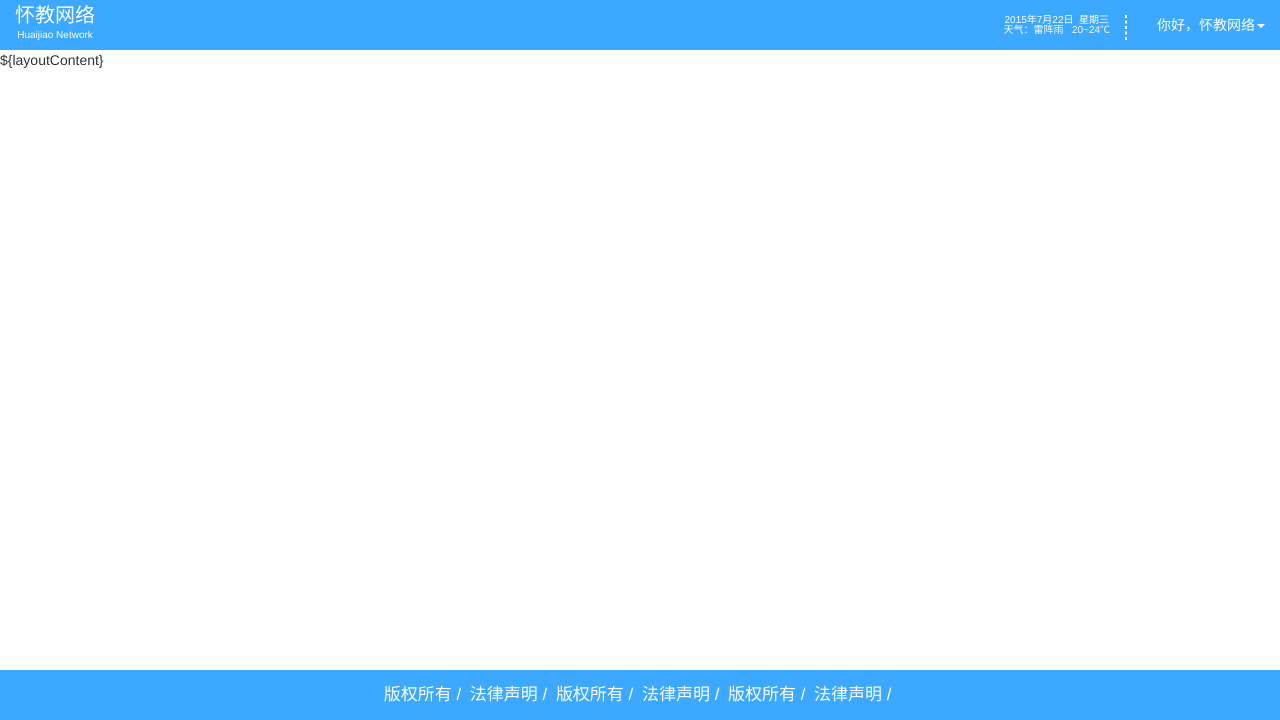
Repository: GaoChengliang/summerTask
Page: Campus_gcl/WebRoot/common/_layout.html
The author's editor kept a copy of each file at every save. The page is drawn from the files as they stood at one save, then again after the next save.
The browser window is 1280 px wide. The pictures show the whole page.

Above is the page before, as saved 2015-09-09 01:56:38.

### Campus_gcl/WebRoot/common/_layout.html
<!DOCTYPE HTML>
<html lang="zh-CN">
<head>
<meta http-equiv="content-type" content="text/html; charset=UTF-8" />
<meta http-equiv="X-UA-Compatible" content="IE=edge">
<meta name="viewport" content="width=device-width, initial-scale=1.0" />
<title>${title}</title>
<link rel="stylesheet" href="//cdn.bootcss.com/bootstrap/3.3.5/css/bootstrap.min.css">
<!--  <link href="/css/bootstrap.min.css" rel="stylesheet" />  -->
<link href="/css/index/index.css" rel="stylesheet" />
<link href="/css/tabs/jquery-ui.css" rel="stylesheet" />
<link href="/css/tabs/tab.css" rel="stylesheet" />
<link href="/css/sider/styles.css" rel="stylesheet" type="text/css">
<script src="/js/jquery-2.1.4.min.js"></script>
<script src="/js/jquery-ui.js"></script>
<script src="/js/jquery.iframeTabs.js"></script>
<script src="/js/bootstrap.min.js"></script>
<script src="/js/sider/jquery.velocity.min.js"></script>
<script src="/js/sider/mtree.js"></script>
</head>
<body>
	<nav class="navbar navbar-fixed-top">
		<div class="container-fluid" style="background: #3DA8FF;">
			<div class="navbar-header">
				<div class="font-style-big">怀教网络</div>
				<div class="font-style-small">Huaijiao Network</div>
			</div>
			<div id="navbar" class="navbar-collapse collapse">
				<div class="nav navbar-nav navbar-right">
					<div class="navbar-brand">
						<div
							style="width: 0.5px; border: 1px dashed white; float: left; height: 25px;"></div>
					</div>
					<li class="dropdown"><a href="#" class="dropdown-toggle drop"
						data-toggle="dropdown"  aria-haspopup="true"
						aria-expanded="false">你好，怀教网络<span class="caret"></span></a>
						<ul class="dropdown-menu">
							<li><a href="#"><span class="glyphicon glyphicon-user" aria-hidden="true"></span>&nbsp;更换皮肤</a></li>
							<li><a href="#"><span class="glyphicon glyphicon-cog" aria-hidden="true"></span>&nbsp;设置</a></li>
							<li><a href="#"><span class="glyphicon glyphicon-remove-circle" aria-hidden="true"></span>&nbsp;退出</a></li>
						</ul></li>
				</div>
				<div class="nav navbar-nav navbar-right">
					<div class="navbar-brand">
						<div class="font-style-small">2015年7月22日&nbsp&nbsp星期三</div>
						<div class="font-style-small">天气：雷阵雨&nbsp&nbsp&nbsp20~24℃</div>
					</div>
				</div>
			</div>
		</div>
	</nav>
	${layoutContent}
	<nav class="navbar navbar-fixed-bottom">
		<div class="container-fluid" style="background: #3DA8FF; height:50px; text-align:center">
				<a class="font-style-footer" href="#">版权所有&nbsp/&nbsp</a>
				<a class="font-style-footer" href="#">法律声明&nbsp/&nbsp</a>
				<a class="font-style-footer" href="#">版权所有&nbsp/&nbsp</a>
				<a class="font-style-footer" href="#">法律声明&nbsp/&nbsp</a>
				<a class="font-style-footer" href="#">版权所有&nbsp/&nbsp</a>
				<a class="font-style-footer" href="#">法律声明&nbsp/&nbsp</a>
		</div>
	</nav>

</body>
</html>

### Campus_gcl/WebRoot/css/index/index.css
.drop:link {
	color: #fff;
	TEXT-DECORATION: none
}

.drop:visited {
	color: #fff;
	TEXT-DECORATION: none
}

.drop:hover {
	color: #3DA8FF;
	text-decoration: underline;
}

.drop:active {
	color: #3DA8FF;
	text-decoration: underline;
}

/* Move down content because we have a fixed navbar that is 50px tall */
body {
	padding-top: 50px;
	padding-bottom: 0px;
}

/*
 * Main content
 */
.main {
	padding: 20px;
}

@media ( min-width : 768px) {
	.main {
		padding-right: 40px;
		padding-left: 40px;
	}
}

.body-main {
	padding-top: 50px;
	padding-bottom: 20px;
	padding-left: 20px;
	padding-right: 20px;
}

.sub-header {
	padding-top: 15px;
	padding-bottom: 10px;
	border-bottom: 1px solid #eee;
}

.sub-body {
	padding-top: 10px;
	padding-bottom: 10px;
}

/*
 * Top navigation
 * Hide default border to remove 1px line.
 */
.navbar-fixed-top {
	border: 0;
}

.navbar-fixed-bottom {
	border: 0;
}

/*
 * Sidebar
 */
.sidebar {
	display: none;
}

@media ( min-width : 768px) {
	.sidebar {
		position: fixed;
		top: 60px;
		bottom: 0;
		left: 0;
		z-index: 1000;
		display: block;
		padding: 20px;
		overflow-x: hidden;
		overflow-y: auto;
		background-color: #f5f5f5;
		border-right: 1px solid #eee;
	}
}

@media ( min-width : 768px) {
	.sidebar-2 {
		position: fixed;
		top: 70px;
		bottom: 66px;
		left: 0;
		z-index: 1000;
		display: block;
		padding: 20px;
		overflow-x: hidden;
		overflow-y: auto;
		background-color: #f5f5f5;
		border-right: 1px solid #eee;
	}
}

/* Sidebar navigation */
.nav-sidebar {
	margin-right: -21px; /* 20px padding + 1px border */
	margin-bottom: 20px;
	margin-left: -20px;
}

.nav-sidebar>li>a {
	padding-right: 20px;
	padding-left: 20px;
}

.nav-sidebar>.active>a, .nav-sidebar>.active>a:hover, .nav-sidebar>.active>a:focus
	{
	color: #fff;
	background-color: #428bca;
}

.font-style-big {
	font-size: 20px;
	text-align: center;
	line-height: 150%;
	color: #FFF;
	font-family: "SimHei";
}

.font-style-mid {
	font-size: 12px;
	text-align: center;
	line-height: 150%;
	color: #FFF;
	font-family: "SimHei";
}

.font-style-small {
	font-size: 10px;
	text-align: center;
	line-height: 100%;
	color: #FFF;
}

.font-style-tiny {
	font-size: 8px;
	text-align: center;
	line-height: 100%;
	color: #FFF;
}

.font-style-background-blue {
	background: #3DA8FF;
	font-size: 15px;
	text-align: center;
	line-height: 200%;
	color: #FFF;
	font-family: "SimHei";
}

.font-style-li {
	font-size: 12px;
	text-align: center;
	line-height: 100%;
}

.font-style-footer {
	font-size: 17px;
	line-height: 50px;
	color: #FFF;
}

/*
 * block
 */
.bg-black {
	background: #000000 !important;
}

.bg-white {
	background: #ffffff !important;
}

.bg-lime {
	background: #a4c400 !important;
}

.bg-green {
	background: #60a917 !important;
}

.bg-emerald {
	background: #008a00 !important;
}

.bg-teal {
	background: #00aba9 !important;
}

.bg-cyan {
	background: #1ba1e2 !important;
}

.bg-cobalt {
	background: #0050ef !important;
}

.bg-indigo {
	background: #6a00ff !important;
}

.bg-violet {
	background: #aa00ff !important;
}

.bg-pink {
	background: #dc4fad !important;
}

.bg-magenta {
	background: #d80073 !important;
}

.bg-crimson {
	background: #a20025 !important;
}

.bg-red {
	background: #ce352c !important;
}

.bg-orange {
	background: #fa6800 !important;
}

.bg-amber {
	background: #f0a30a !important;
}

.bg-yellow {
	background: #e3c800 !important;
}

.bg-brown {
	background: #825a2c !important;
}

.bg-olive {
	background: #6d8764 !important;
}

.bg-steel {
	background: #647687 !important;
}

.bg-mauve {
	background: #76608a !important;
}

.bg-taupe {
	background: #87794e !important;
}

.bg-gray {
	background: #555555 !important;
}

.bg-dark {
	background: #333333 !important;
}

.bg-darker {
	background: #222222 !important;
}

.bg-transparent {
	background: transparent !important;
}

.bg-darkBrown {
	background: #63362f !important;
}

.bg-darkCrimson {
	background: #640024 !important;
}

.bg-darkMagenta {
	background: #81003c !important;
}

.bg-darkIndigo {
	background: #4b0096 !important;
}

.bg-darkCyan {
	background: #1b6eae !important;
}

.bg-darkCobalt {
	background: #00356a !important;
}

.bg-darkTeal {
	background: #004050 !important;
}

.bg-darkEmerald {
	background: #003e00 !important;
}

.bg-darkGreen {
	background: #128023 !important;
}

.bg-darkOrange {
	background: #bf5a15 !important;
}

.bg-darkRed {
	background: #9a1616 !important;
}

.bg-darkPink {
	background: #9a165a !important;
}

.bg-darkViolet {
	background: #57169a !important;
}

.bg-darkBlue {
	background: #16499a !important;
}

.bg-lightBlue {
	background: #4390df !important;
}

.bg-lightRed {
	background: #da5a53 !important;
}

.bg-lightGreen {
	background: #7ad61d !important;
}

.bg-lighterBlue {
	background: #00ccff !important;
}

.bg-lightTeal {
	background: #45fffd !important;
}

.bg-lightOlive {
	background: #78aa1c !important;
}

.bg-lightOrange {
	background: #c29008 !important;
}

.bg-lightPink {
	background: #f472d0 !important;
}

.bg-grayDark {
	background: #333333 !important;
}

.bg-grayDarker {
	background: #222222 !important;
}

.bg-grayLight {
	background: #999999 !important;
}

.bg-grayLighter {
	background: #eeeeee !important;
}

.bg-blue {
	background: #00aff0 !important;
}

.fg-black {
	color: #000000 !important;
}

.fg-white {
	color: #ffffff !important;
}

.fg-lime {
	color: #a4c400 !important;
}

.fg-green {
	color: #60a917 !important;
}

.fg-emerald {
	color: #008a00 !important;
}

.fg-teal {
	color: #00aba9 !important;
}

.fg-cyan {
	color: #1ba1e2 !important;
}

.fg-cobalt {
	color: #0050ef !important;
}

.fg-indigo {
	color: #6a00ff !important;
}

.fg-violet {
	color: #aa00ff !important;
}

.fg-pink {
	color: #dc4fad !important;
}

.fg-magenta {
	color: #d80073 !important;
}

.fg-crimson {
	color: #a20025 !important;
}

.fg-red {
	color: #ce352c !important;
}

.fg-orange {
	color: #fa6800 !important;
}

.fg-amber {
	color: #f0a30a !important;
}

.fg-yellow {
	color: #e3c800 !important;
}

.fg-brown {
	color: #825a2c !important;
}

.fg-olive {
	color: #6d8764 !important;
}

.fg-steel {
	color: #647687 !important;
}

.fg-mauve {
	color: #76608a !important;
}

.fg-taupe {
	color: #87794e !important;
}

.fg-gray {
	color: #555555 !important;
}

.fg-dark {
	color: #333333 !important;
}

.fg-darker {
	color: #222222 !important;
}

.fg-transparent {
	color: transparent !important;
}

.fg-darkBrown {
	color: #63362f !important;
}

.fg-darkCrimson {
	color: #640024 !important;
}

.fg-darkMagenta {
	color: #81003c !important;
}

.fg-darkIndigo {
	color: #4b0096 !important;
}

.fg-darkCyan {
	color: #1b6eae !important;
}

.fg-darkCobalt {
	color: #00356a !important;
}

.fg-darkTeal {
	color: #004050 !important;
}

.fg-darkEmerald {
	color: #003e00 !important;
}

.fg-darkGreen {
	color: #128023 !important;
}

.fg-darkOrange {
	color: #bf5a15 !important;
}

.fg-darkRed {
	color: #9a1616 !important;
}

.fg-darkPink {
	color: #9a165a !important;
}

.fg-darkViolet {
	color: #57169a !important;
}

.fg-darkBlue {
	color: #16499a !important;
}

.fg-lightBlue {
	color: #4390df !important;
}

.fg-lighterBlue {
	color: #00ccff !important;
}

.fg-lightTeal {
	color: #45fffd !important;
}

.fg-lightOlive {
	color: #78aa1c !important;
}

.fg-lightOrange {
	color: #c29008 !important;
}

.fg-lightPink {
	color: #f472d0 !important;
}

.fg-lightRed {
	color: #da5a53 !important;
}

.fg-lightGreen {
	color: #7ad61d !important;
}

.fg-grayDark {
	color: #333333 !important;
}

.fg-grayDarker {
	color: #222222 !important;
}

.fg-grayLight {
	color: #999999 !important;
}

.fg-grayLighter {
	color: #eeeeee !important;
}

.fg-blue {
	color: #00aff0 !important;
}

.tile-square {
	width: 150px;
	height: 150px;
	display: block;
	float: left;
	margin: 60px;
	background-color: #eeeeee;
	box-shadow: inset 0 0 1px #FFFFCC;
	cursor: pointer;
	position: relative;
	overflow: hidden;
	-webkit-user-select: none;
	-moz-user-select: none;
	-ms-user-select: none;
	user-select: none;
	overflow: visible;
}

.tile-square:hover {
	outline: #999999 solid 3px;
}

.tile-square:active {
	outline: 0;
}

.tile-square.no-outline {
	outline-color: transparent;
}

.tile-square.small-tile {
	width: 70px;
	height: 70px;
}

.tile-square.wide-tile {
	width: 310px;
	height: 150px;
}

.tile-square.wide-tile-v {
	height: 310px;
	width: 150px;
}

.tile-square.large-tile {
	width: 310px;
	height: 310px;
}

.tile-square.big-tile {
	width: 470px;
	height: 470px;
}

.tile-square.super-tile {
	width: 630px;
	height: 630px;
}

.tile-square .tile-content.flipVertical {
	-webkit-transform: perspective(1000px);
	transform: perspective(1000px);
	overflow: visible;
}

.tile-square:hover .tile-content.flipVertical, .tile-square.hover .tile-content.flipVertical,
	.tile-square.flip .tile-content.flipVertical {
	-webkit-transform: rotateY(180deg);
	transform: rotateY(180deg);
}

.tile-square .tile-content.flipVertical {
	-webkit-transform-style: preserve-3d;
	transform-style: preserve-3d;
	transition: all 0.6s ease;
}

.tile-square .tile-content.flipVertical .slide, .tile-square .tile-content.flipVertical .slide-over
	{
	top: 0;
	left: 0;
	position: absolute;
	height: 100%;
	width: 100%;
	-webkit-backface-visibility: hidden;
	backface-visibility: hidden;
}

.tile-square .tile-content.flipVertical .slide {
	z-index: 2;
	-webkit-transform: rotateY(0deg);
	transform: rotateY(0deg);
}

.tile-square .tile-content.flipVertical .slide-over {
	-webkit-transform: rotateY(180deg);
	transform: rotateY(180deg);
}

.tile-square .tile-content.flipHorizontal {
	-webkit-transform: perspective(1000px);
	transform: perspective(1000px);
	overflow: visible;
}

.tile-square:hover .tile-content.flipHorizontal, .tile-square.hover .tile-content.flipHorizontal,
	.tile-square.flip .tile-content.flipHorizontal {
	-webkit-transform: rotateX(180deg);
	transform: rotateX(180deg);
}

.tile-square .tile-content.flipHorizontal {
	-webkit-transform-style: preserve-3d;
	transform-style: preserve-3d;
	transition: all 0.6s ease;
}

.tile-square .tile-content.flipHorizontal .slide, .tile-square .tile-content.flipHorizontal .slide-over
	{
	top: 0;
	left: 0;
	position: absolute;
	height: 100%;
	width: 100%;
	-webkit-backface-visibility: hidden;
	backface-visibility: hidden;
}

.tile-square .tile-content.flipHorizontal .slide {
	z-index: 2;
	-webkit-transform: rotateX(0deg);
	transform: rotateX(0deg);
}

.tile-square .tile-content.flipHorizontal .slide-over {
	-webkit-transform: rotateX(180deg);
	transform: rotateX(180deg);
}

.tile-square .tile-badge {
	position: absolute;
	bottom: 0;
	right: .625rem;
	padding: .25rem .625rem;
	z-index: 999;
}

.tile-square .tile-label {
	position: absolute;
	bottom: 0;
	left: .625rem;
	padding: .425rem .25rem;
	z-index: 999;
}

.tile-content {
	position: absolute;
	top: 0;
	left: 0;
	width: 100%;
	height: inherit;
	overflow: hidden;
	display: none;
}

.tile-content:first-child {
	display: block;
}

.tile-content .live-slide {
	position: absolute;
	height: 100%;
	width: 100%;
	top: 0;
	left: 0;
	display: none;
	overflow: hidden;
}

.tile-content .live-slide:nth-child(1) {
	display: block;
}

.tile-content.iconic .icon {
	position: absolute;
	width: 64px;
	height: 64px;
	font-size: 64px;
	top: 50%;
	margin-top: -40px;
	left: 50%;
	margin-left: -32px;
	text-align: center;
}

### Campus_gcl/WebRoot/css/tabs/tab.css
/* Misc visuals
----------------------------------*/

/* Corner radius */
.ui-corner-tl { -moz-border-radius-topleft: 4px; -webkit-border-top-left-radius: 4px; border-top-left-radius: 4px; }
.ui-corner-tr { -moz-border-radius-topright: 4px; -webkit-border-top-right-radius: 4px; border-top-right-radius: 4px; }
.ui-corner-bl { -moz-border-radius-bottomleft: 4px; -webkit-border-bottom-left-radius: 4px; border-bottom-left-radius: 4px; }
.ui-corner-br { -moz-border-radius-bottomright: 4px; -webkit-border-bottom-right-radius: 4px; border-bottom-right-radius: 4px; }
.ui-corner-top { -moz-border-radius-topleft: 4px; -webkit-border-top-left-radius: 4px; border-top-left-radius: 4px; -moz-border-radius-topright: 4px; -webkit-border-top-right-radius: 4px; border-top-right-radius: 4px; }
.ui-corner-bottom { -moz-border-radius-bottomleft: 4px; -webkit-border-bottom-left-radius: 4px; border-bottom-left-radius: 4px; -moz-border-radius-bottomright: 4px; -webkit-border-bottom-right-radius: 4px; border-bottom-right-radius: 4px; }
.ui-corner-right {  -moz-border-radius-topright: 4px; -webkit-border-top-right-radius: 4px; border-top-right-radius: 4px; -moz-border-radius-bottomright: 4px; -webkit-border-bottom-right-radius: 4px; border-bottom-right-radius: 4px; }
.ui-corner-left { -moz-border-radius-topleft: 4px; -webkit-border-top-left-radius: 4px; border-top-left-radius: 4px; -moz-border-radius-bottomleft: 4px; -webkit-border-bottom-left-radius: 4px; border-bottom-left-radius: 4px; }
.ui-corner-all { -moz-border-radius: 4px; -webkit-border-radius: 4px; border-radius: 4px; }

.ui-widget-header {
	background: #ffffff;
}

.ui-tabs .ui-tabs-nav {
	margin: 0;
	padding: 0;
	border: none;
}

.ui-tabs .ui-tabs-nav li.ui-tabs-active {
	background: #dddfe3;
}

.ui-tabs .ui-tabs-nav li:hover {
	background: #bcbfe3;
}

/* firefox hack */
@-moz-document url-prefix() {
	.ui-tabs .ui-tabs-nav .ui-tabs-anchor {
		height: 16px;
	}
	.ui-tabs .ui-tabs-nav .ui-tabs-anchor span {
		position: relative;
		top: -15px;
	}
}

.ui-state-focus a,
.ui-widget-header .ui-state-focus a {
	border-right: none;
}

.tab-wrapper {
	width: 97%;
}

.tab-frame {
	border: none;
}

### Campus_gcl/WebRoot/css/sider/styles.css
@charset "UTF-8";
ul.mtree {
  opacity: 0;
  margin-left: 0;
  padding: 1em;
}
ul.mtree ul {
  margin-left: 1em;
}
ul.mtree li {
  list-style: none;
}
ul.mtree a {
  display: block;
  font-size: 14px;
  line-height: 100%;
  color: #000;
}
ul.mtree li.mtree-node > a {
	font-size: 14px;
	 line-height: 100%;
  font-weight: bold;
}

ul.mtree li.mtree-node > div {
  font-weight: bold;
}

ul.mtree a {
  -webkit-transition: all 300ms ease-out;
  -moz-transition: all 300ms ease-out;
  -ms-transition: all 300ms ease-out;
  -o-transition: all 300ms ease-out;
  transition: all 300ms ease-out;
}

ul.mtree.bubba ul {
  margin-left: 0;
}
ul.mtree.bubba ul li {
  font-size: .9em;
}
ul.mtree.bubba li.mtree-node > a:after {
  content: '›';
  margin-left: .5em;
  font-weight: normal;
}
ul.mtree.bubba li.mtree-node > a {
  font-weight: bold;
  text-transform: upperCase;
}
ul.mtree.bubba > li {
  border-bottom: 1px solid #DDD;
}
ul.mtree.bubba > li:last-child {
  border-bottom: none;
}
ul.mtree.bubba li:last-child > a {
  border: none;
}
ul.mtree.bubba > li.mtree-open > a {
  background: #DDD;
}
ul.mtree.bubba li > a:hover {
  background: #EEE;
}
ul.mtree.bubba li.mtree-active > a {
  background: #EEE;
  color: #3DA8FF;
}
ul.mtree.bubba a {
  padding: 7px 0px 7px 1em;
}
ul.mtree.bubba li li > a {
  padding-left: 0em;
}
ul.mtree.bubba li li li > a {
  padding-left: 3em;
}
ul.mtree.bubba li li li li > a {
  padding-left: 4em;
}
ul.mtree.bubba li li li li li > a {
  padding-left: 5em;
}


.mtree-demo .mtree {
  background: #EEE;
  margin: 20px auto;
  max-width: 320px;
  border-radius: 3px;
}

.mtree-skin-selector {
  text-align: center;
  background: #EEE;
  padding: 10px 0 15px;
}
.mtree-skin-selector li {
  display: inline-block;
  float: none;
}
.mtree-skin-selector button {
  padding: 5px 10px;
  margin-bottom: 1px;
  background: #BBB;
}
.mtree-skin-selector button:hover {
  background: #999;
}
.mtree-skin-selector button.active {
  background: #999;
  font-weight: bold;
}
.mtree-skin-selector button.csl.active {
  background: #3DA8FF;
}

### Campus_gcl/WebRoot/js/jquery.iframeTabs.js
/**
 * jQuery iframeTabs
 *
 * @author guorui
 * @date 2015-6-19
 */
;(function($){
	$.fn.iframeTabs = function(options) {
		var $this = $(this);
		var settings = $.extend({}, $.fn.iframeTabs.defaults, options);

		var tabHolder = [];

		var tabObj = $this.tabs(settings);

		var panels = $this.find('div.ui-tabs-panel');
		if(settings.wrapperClass) {
			panels.addClass(settings.wrapperClass);
		}

		if(settings.height) {
			tabObj.find("div.ui-tabs-panel").height(settings.height);
		}

		$.each(panels, function() {
			tabHolder.push($(this).attr('id'));
		});


		function refresh() {
			tabObj.tabs("refresh");
			if(settings.height) {
				tabObj.find("div.ui-tabs-panel").height(settings.height);
			}
		};

		tabObj.delegate("span.ui-icon-close", "click", function(event) {
			var current = $(this).closest("li");
			var tabId = current.remove().attr("aria-controls");
			$("#" + tabId).remove();

			var index = $.inArray(tabId, tabHolder);
			tabHolder.splice(index, 1);
			refresh();
		});

		$this.addTab = function(tabId, title, url) {
			var index = $.inArray(tabId, tabHolder);
			if(index > 0) {
				tabObj.tabs("option", "active", index);
			} else {
				var tabTemplate = "<li><a href='#{tabId}'>#{title}<span style='float:right;cursor:pointer;' class='ui-icon ui-icon-close'></span></a></li>";
				var contentTemplate = "<div id='#{tabId}'><iframe scrolling='auto' frameborder='0' class='tab-frame' height='100%' width='100%' src='#{url}'></iframe></div>";

				var li = $(tabTemplate.replace(/#\{tabId\}/g, "#"+tabId).replace(/#\{title\}/g, title));
				var content = $(contentTemplate.replace(/#\{tabId\}/g, tabId).replace(/#\{url\}/g, url));
				tabObj.find(".ui-tabs-nav").append(li);
				tabObj.append(content);
				if(settings.wrapperClass) {
					tabObj.find("div.ui-tabs-panel").not('.'+settings.wrapperClass).addClass(settings.wrapperClass);
				}
				refresh();
				tabHolder.push(tabId);
				tabObj.tabs("option", "active", tabHolder.length -1);
			}
		}

		return $this;
	};
})(jQuery);

/**
 * jQuery.fn.iframeTabs.defaults
 */
jQuery.fn.iframeTabs.defaults = {
	heightStyle: "auto"
};

Loaded but not shown: Campus_gcl/WebRoot/css/tabs/jquery-ui.css (library); Campus_gcl/WebRoot/js/jquery-2.1.4.min.js (library); Campus_gcl/WebRoot/js/jquery-ui.js (library); Campus_gcl/WebRoot/js/bootstrap.min.js (library); Campus_gcl/WebRoot/js/sider/jquery.velocity.min.js (library); Campus_gcl/WebRoot/js/sider/mtree.js (142 lines, source omitted)

After the next save:
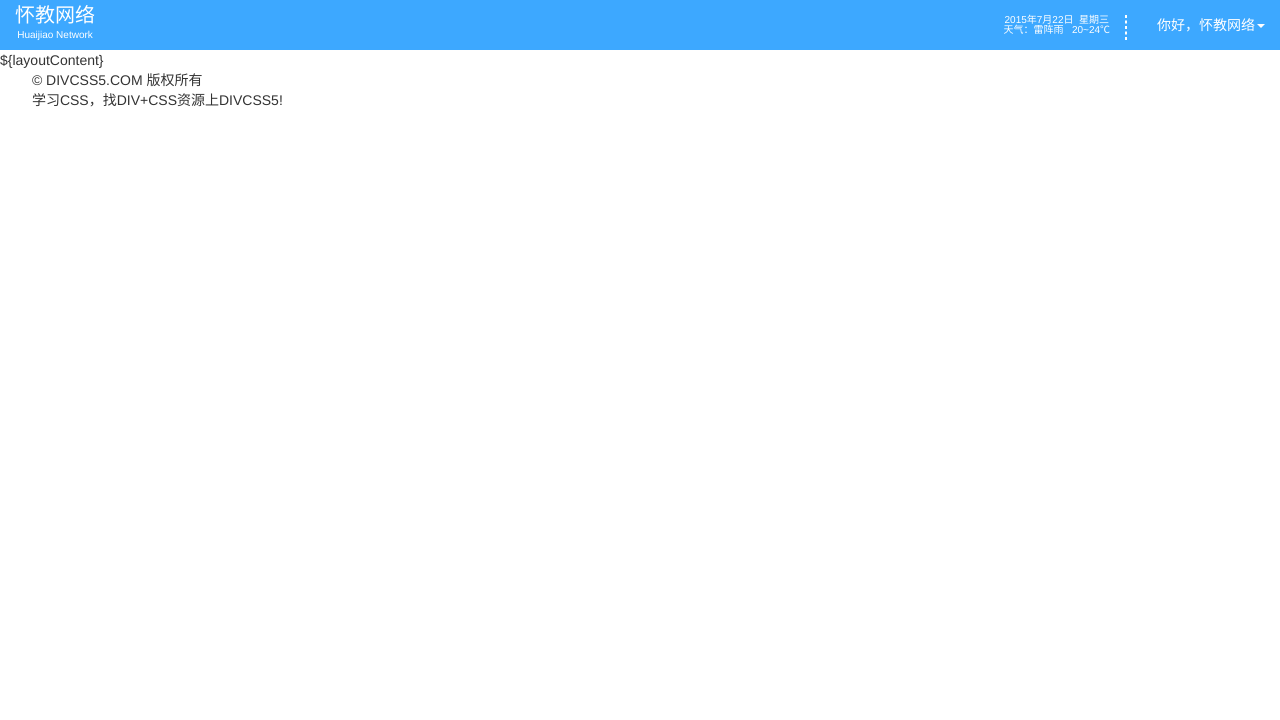
Saved 17 min 4 s later.
--- a/Campus_gcl/WebRoot/common/_layout.html
+++ b/Campus_gcl/WebRoot/common/_layout.html
@@ -50,16 +50,10 @@
 		</div>
 	</nav>
 	${layoutContent}
-	<nav class="navbar navbar-fixed-bottom">
-		<div class="container-fluid" style="background: #3DA8FF; height:50px; text-align:center">
-				<a class="font-style-footer" href="#">版权所有&nbsp/&nbsp</a>
-				<a class="font-style-footer" href="#">法律声明&nbsp/&nbsp</a>
-				<a class="font-style-footer" href="#">版权所有&nbsp/&nbsp</a>
-				<a class="font-style-footer" href="#">法律声明&nbsp/&nbsp</a>
-				<a class="font-style-footer" href="#">版权所有&nbsp/&nbsp</a>
-				<a class="font-style-footer" href="#">法律声明&nbsp/&nbsp</a>
-		</div>
-	</nav>
 
+	<footer>
+　　	© DIVCSS5.COM 版权所有<br />
+　　	学习CSS，找DIV+CSS资源上DIVCSS5!
+	</footer>
 </body>
 </html>
